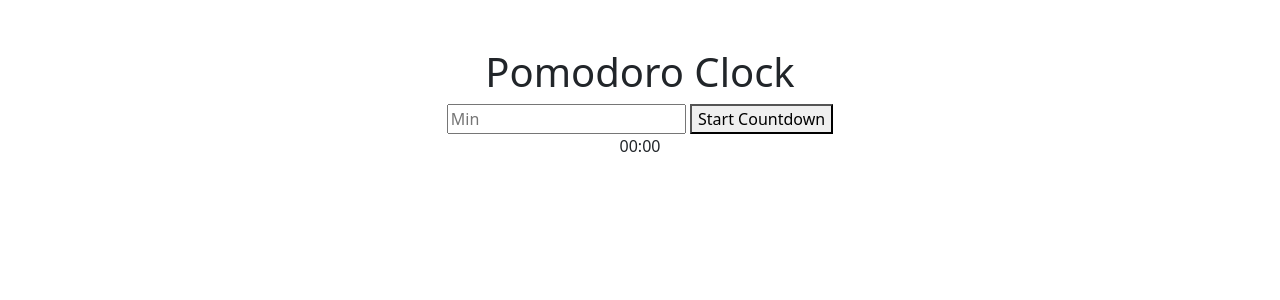
Repository: jobid0212/pomodoro-clock
Page: http://localhost/
The author's editor kept a copy of each file at every save. The page is drawn from the files as they stood at one save, then again after the next save.
The browser window is 1280 px wide. The pictures show the whole page.
The page is served by the project's application, run on Flask 3 (app.py).

Above is the page before, as saved 2026-02-06 15:03:23.

After the next save:
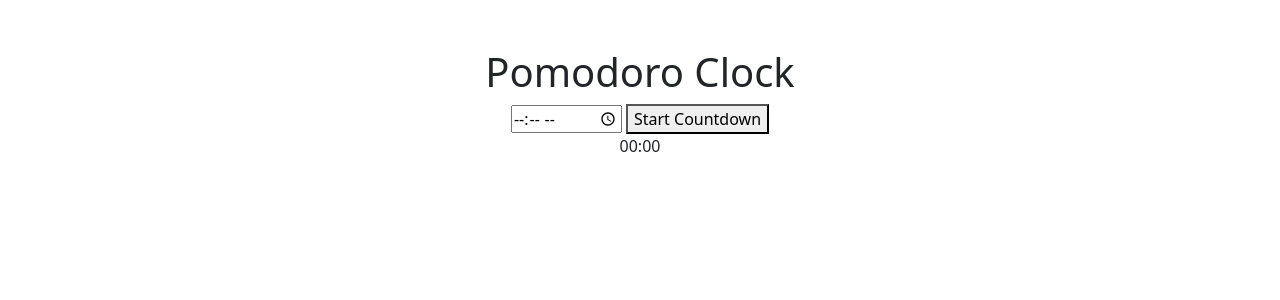
Saved 56 s later.
--- a/templates/index.html
+++ b/templates/index.html
@@ -23,7 +23,7 @@
                     <h1>Pomodoro Clock</h1>
                 </div>
                 <div class="timer-wrapper">
-                    <input type="number" id="minutesInput" placeholder="Min" min = "1">
+                    <input type="time" id="minutesInput" placeholder="Min" min = "1">
                     <button onclick="startTimer('study')">Start Countdown</button>
 
                     <div id="display">
